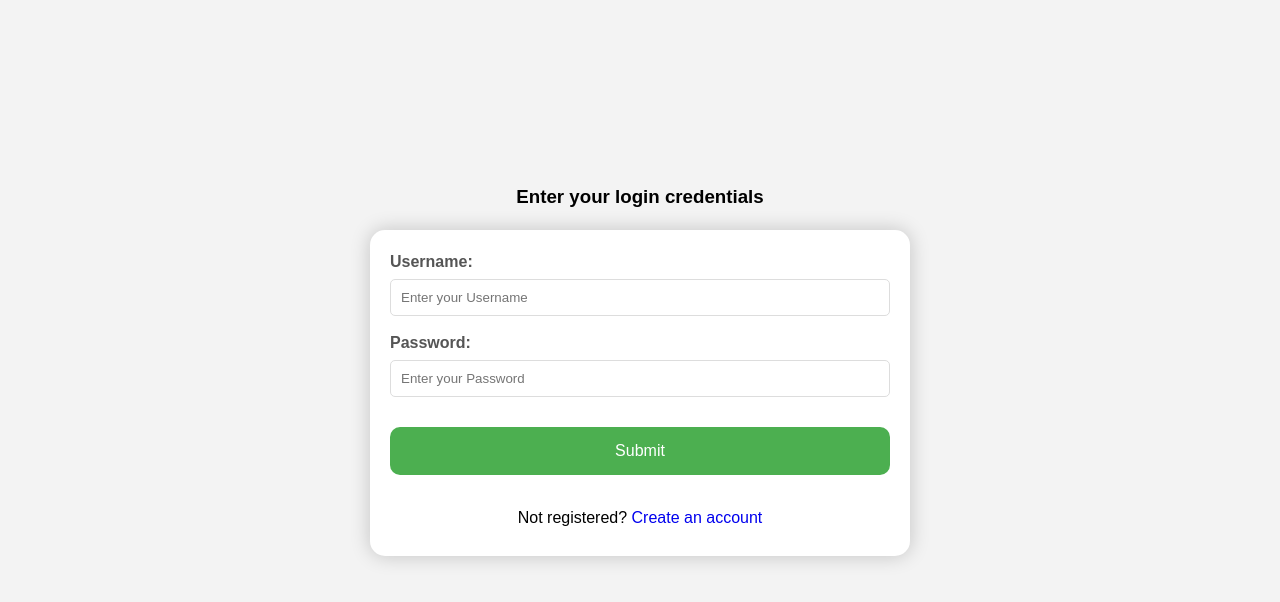
Repository: alizey12/Regestratin-Form-js
Page: signin.html
These files come from the project's save history. The page is drawn as it stood at one moment and after the next save; the edit follows.
The browser window is 1280 px wide. The pictures show the whole page.

Above is the page before, as saved 2024-11-29 13:06:17.

### signin.html
<!DOCTYPE html>
<html lang="en">
<head>
    <meta charset="UTF-8">
    <meta name="viewport" content="width=device-width, initial-scale=1.0">
    <link rel="stylesheet" href="signin.css">
    <title>Document</title>
</head>
<body>
    <h3>Enter your login credentials</h3>
<div class="main">


    <form action="">
        <label for="first">
            Username:
        </label>
        <input type="text" id="first" name="first"
            placeholder="Enter your Username" required>

        <label for="password">
            Password:
        </label>
        <input type="password" id="password" name="password"
            placeholder="Enter your Password" required>

        <div class="wrap">
            <button type="submit">
                Submit
            </button>
        </div>
    </form>

    <p>Not registered?
        <a href="#" style="text-decoration: none;">
            Create an account
        </a>
    </p>
</div>


</body>
</html>

### signin.css
/*style.css*/
body {
    display: flex;
    align-items: center;
    justify-content: center;
    font-family: sans-serif;
    line-height: 1.5;
    min-height: 100vh;
    background: #f3f3f3;
    flex-direction: column;
    margin: 0;
}

.main {
    background-color: #fff;
    border-radius: 15px;
    box-shadow: 0 0 20px rgba(0, 0, 0, 0.2);
    padding: 10px 20px;
    transition: transform 0.2s;
    width: 500px;
    text-align: center;
}

h1 {
    color: #4CAF50;
}

label {
    display: block;
    width: 100%;
    margin-top: 10px;
    margin-bottom: 5px;
    text-align: left;
    color: #555;
    font-weight: bold;
}

input {
    display: block;
    width: 100%;
    margin-bottom: 15px;
    padding: 10px;
    box-sizing: border-box;
    border: 1px solid #ddd;
    border-radius: 5px;
}

button {
    padding: 15px;
    border-radius: 10px;
    margin-top: 15px;
    margin-bottom: 15px;
    border: none;
    color: white;
    cursor: pointer;
    background-color: #4CAF50;
    width: 100%;
    font-size: 16px;
}

.wrap {
    display: flex;
    justify-content: center;
    align-items: center;
}

After the next save:
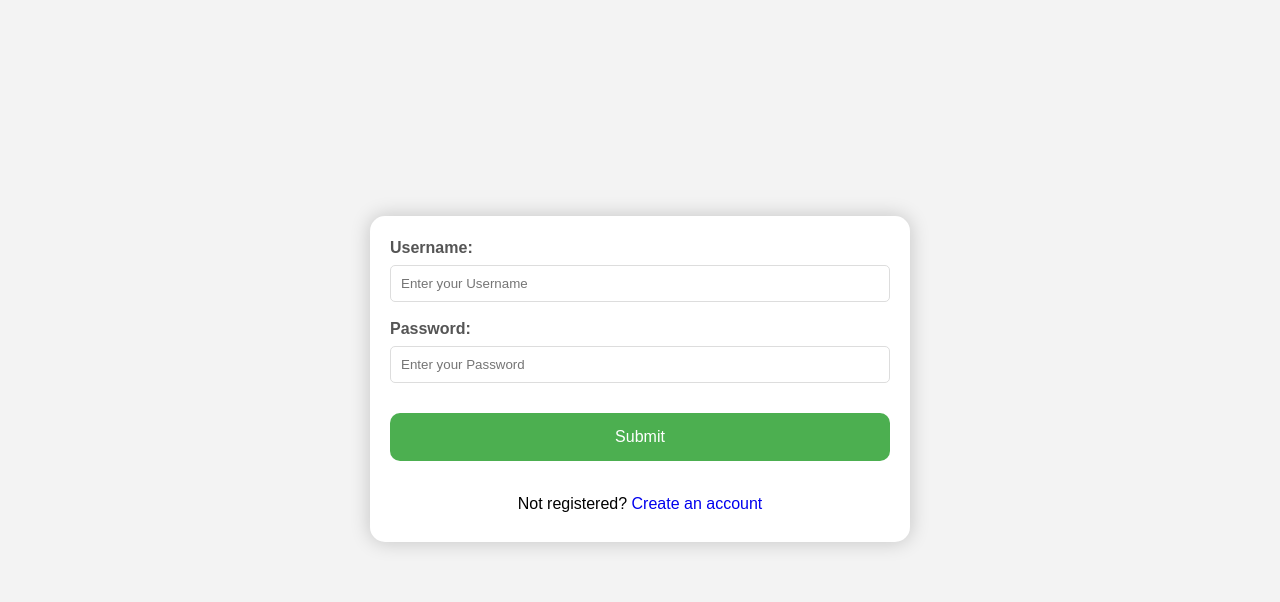
Saved 6 s later.
--- a/signin.html
+++ b/signin.html
@@ -7,7 +7,7 @@
     <title>Document</title>
 </head>
 <body>
-    <h3>Enter your login credentials</h3>
+    <h3></h3>
 <div class="main">
 
 
